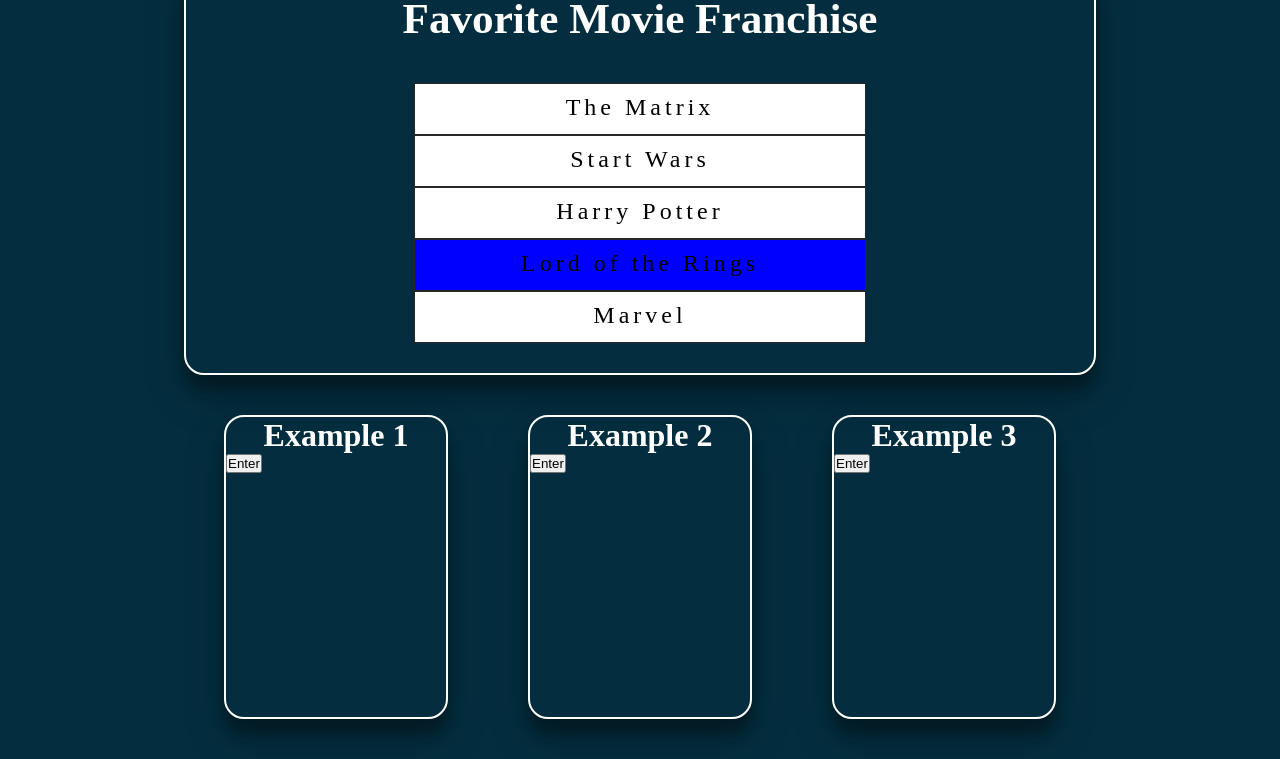
Repository: Ellisvelandia/DOM-Manipulation
Page: index.html
These files come from the project's save history. The page is drawn as it stood at one moment and after the next save; the edit follows.
The browser window is 1280 px wide. The pictures show the whole page.

Above is the page before, as saved 2022-08-22 16:59:03.

After the next save:
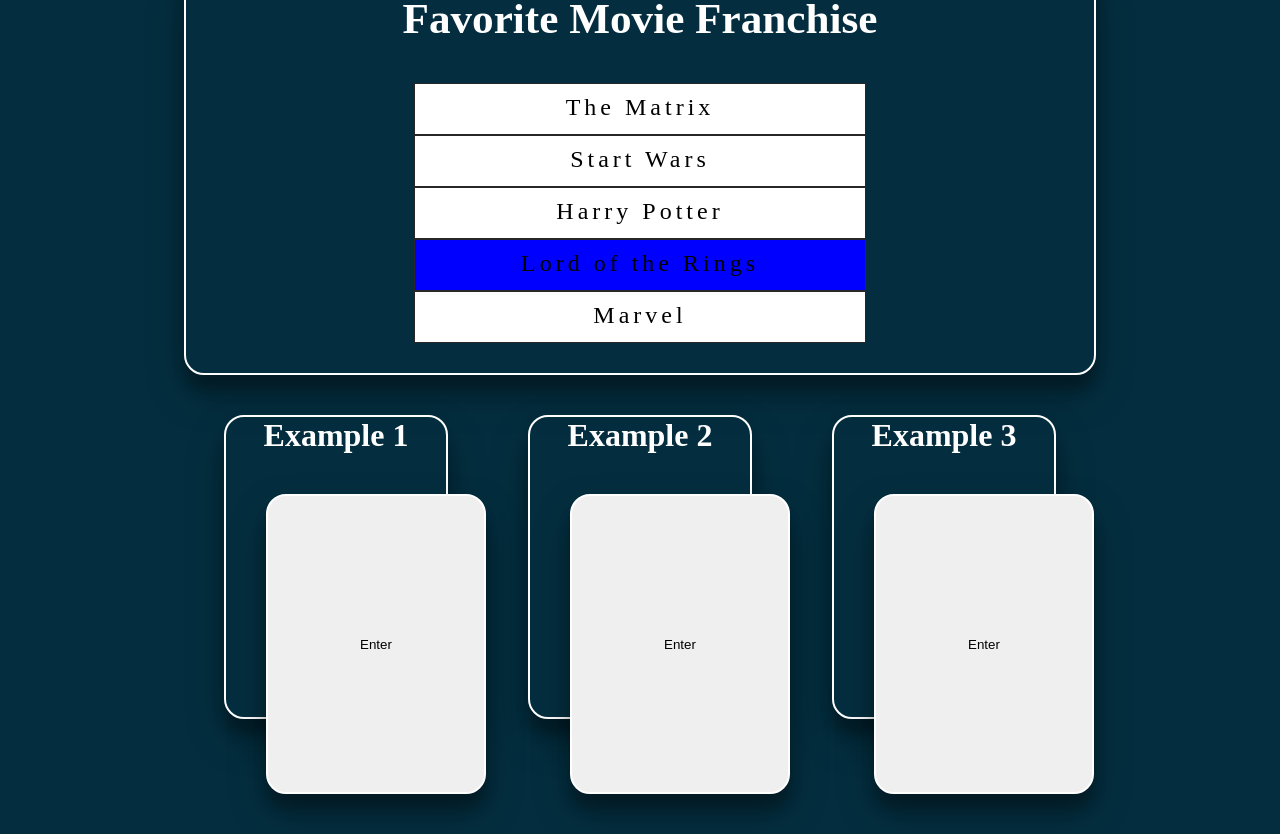
Saved 5 s later.
--- a/style.css
+++ b/style.css
@@ -76,5 +76,14 @@
 }
 
 button {
-
+  max-width: 100%;
+  margin: 5px;
+  border: 1px solid transparent;
+  border-radius: 20px;
+  height: 300px;
+  margin: 40px;
+  width: 220px;
+  border: 2px solid #fff;
+  box-shadow: rgba(0, 0, 0, 0.3) 0px 19px 38px,
+    rgba(0, 0, 0, 0.22) 0px 15px 12px;
 }
